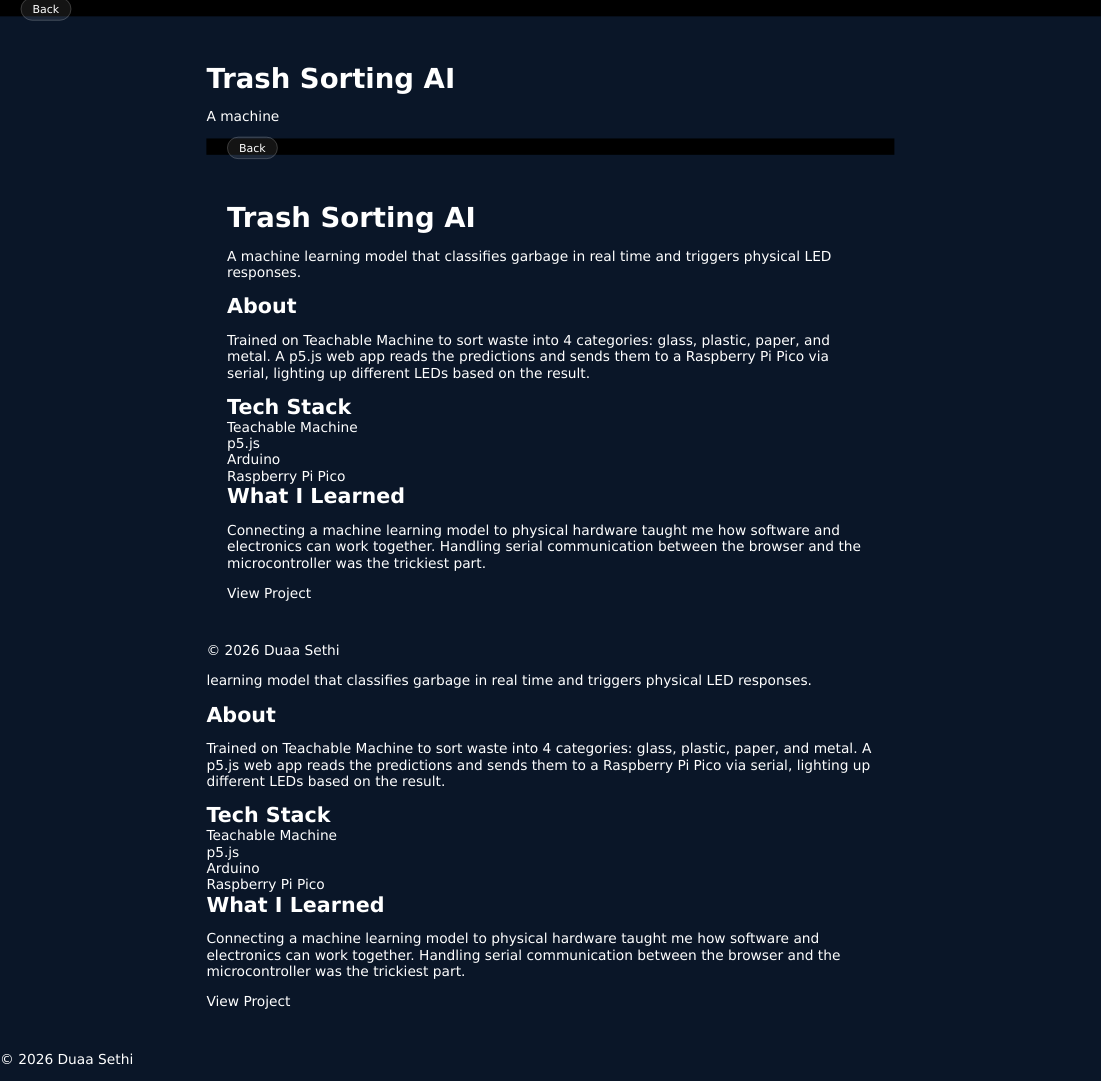
Repository: Duaa-Sethi/Duaa-Sethi
Page: pages/trash-sorting.html
These files come from the project's save history. The page is drawn as it stood at one moment and after the next save; the edit follows.
The browser window is 1280 px wide. The pictures show the whole page, at 86% of full size.
Some web fonts or font styles are not loaded; a fallback is used.

Above is the page before, as saved 2026-05-08 17:26:53.

After the next save:
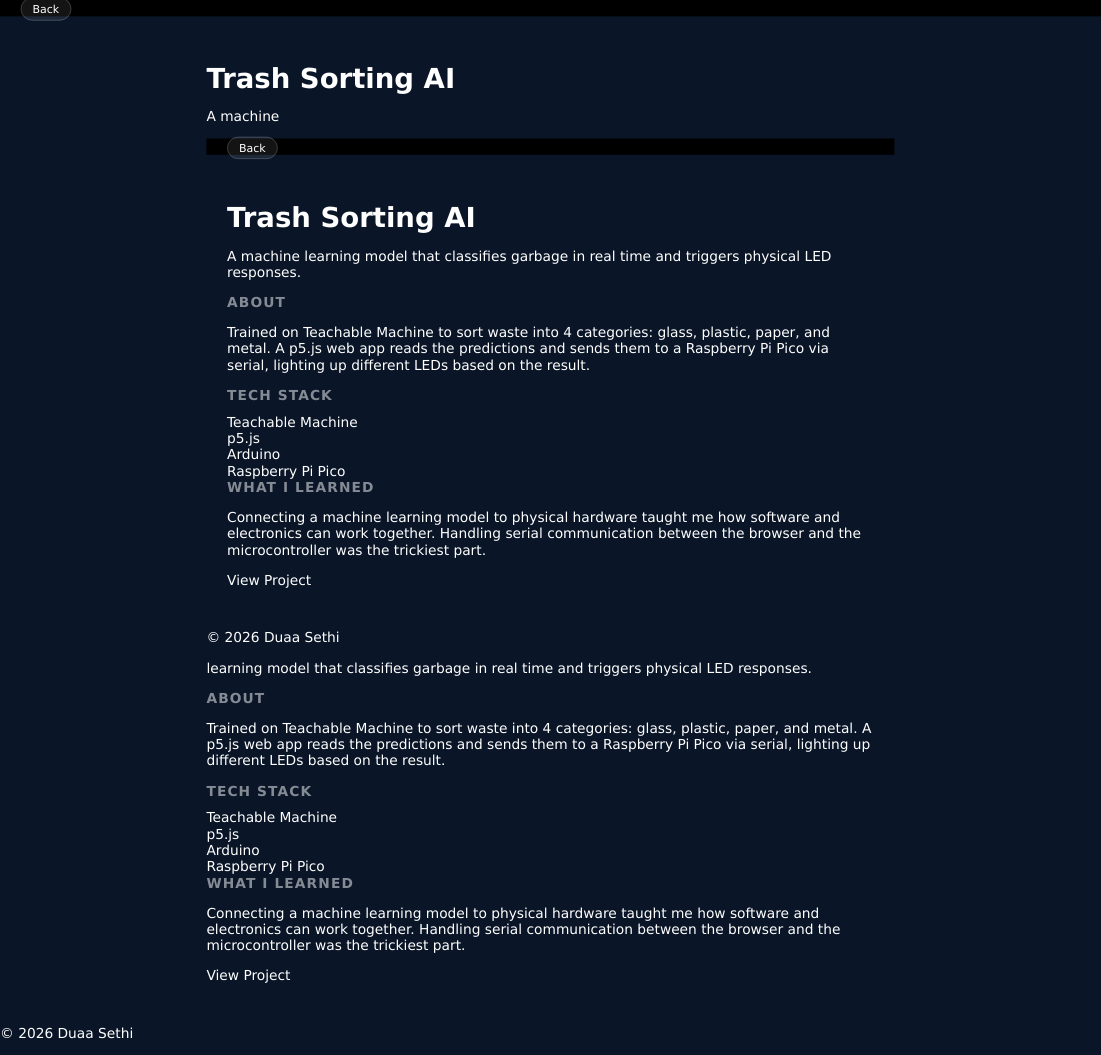
Saved 15 s later.
--- a/styles/project.css
+++ b/styles/project.css
@@ -29,3 +29,10 @@ h1 {
   font-size: 2rem;
   margin-bottom: 0.5rem;
 }
+h2 {
+  font-size: 1rem;
+  opacity: 0.5;
+  text-transform: uppercase;
+  letter-spacing: 0.08em;
+  margin-bottom: 0.75rem;
+}
